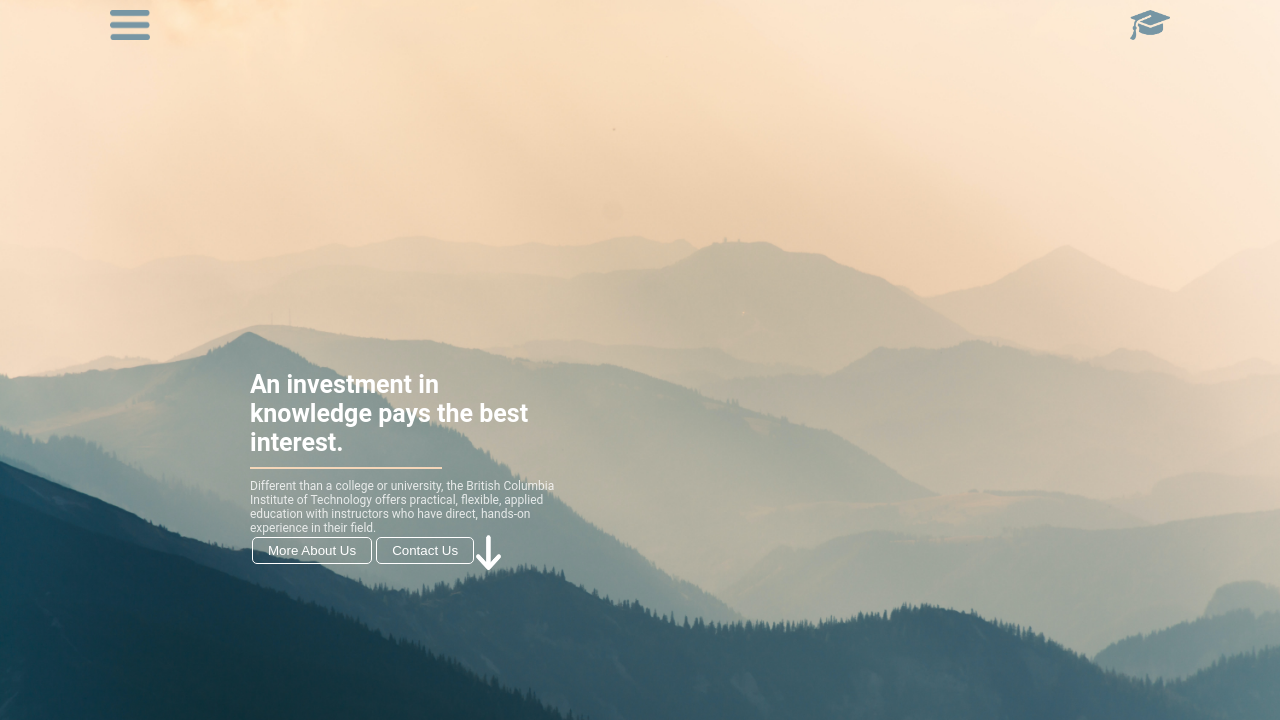
Repository: Sheraliramzan/Aly_A01253508_Assignment1
Page: /
These files come from the project's save history. The page is drawn as it stood at one moment and after a run of saves; the edit follows.
The browser window is 1280 px wide. The pictures show the whole page.
The project was rebuilt for these pictures with package versions that can differ from the ones it lists, and the page was loaded fresh each time. The framework's server and built-in components were replaced by stand-ins that run in the browser. Also part of the build but not shown: next.config.js.

Above is the page before, as saved 2023-02-05 14:51:36.

After the next 3 saves:
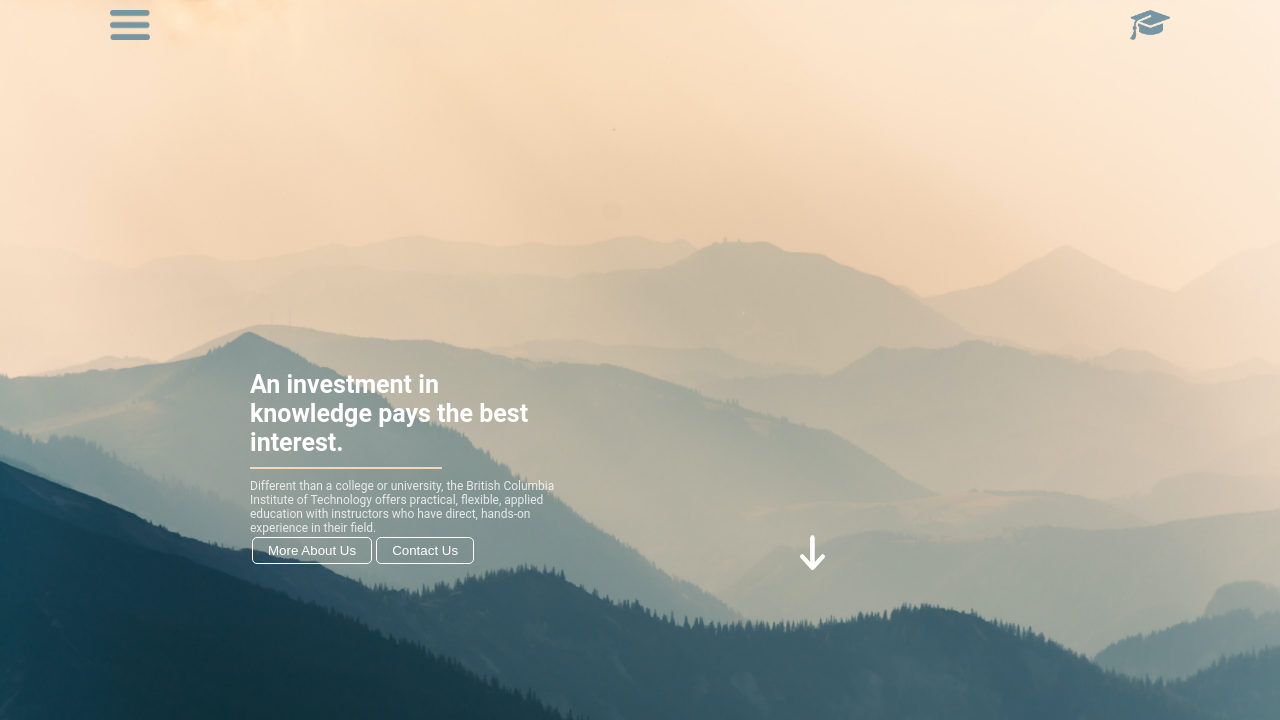
The 3 saves are shown as one change because they came seconds apart.
The last was saved 21 s later.
--- a/styles/globals.css
+++ b/styles/globals.css
@@ -94,7 +94,7 @@ ul > li {
 }
 .downarrow{
   position: fixed;
-
+  left:800px;
 }
 .uparrow{
   position: fixed;
